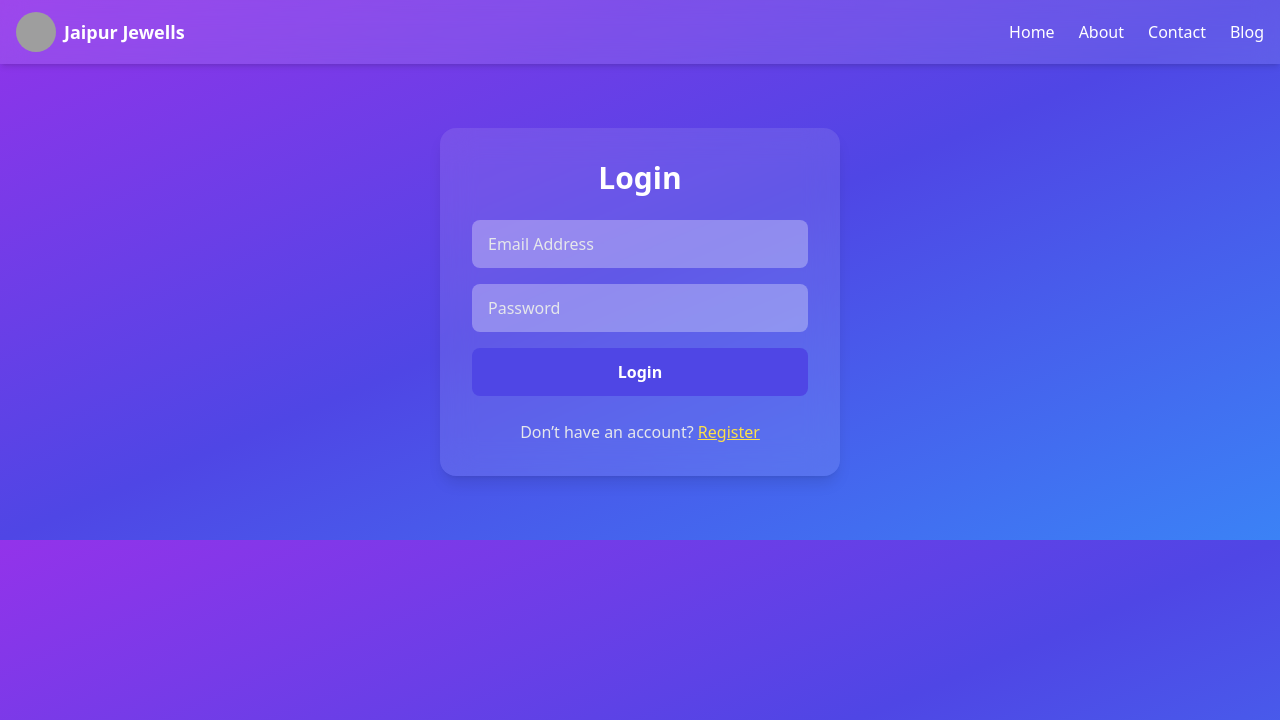
Repository: aayushtailor/VendorConnect
Page: login.html
The author's editor kept a copy of each file at every save. The page is drawn from the files as they stood at one save, then again after the next save.
The browser window is 1280 px wide. The pictures show the whole page.
Pictures or frames that could not be fetched are drawn as grey boxes. Some web libraries are served in a nearby version.

Above is the page before, as saved 2025-09-20 13:21:10.

After the next save:
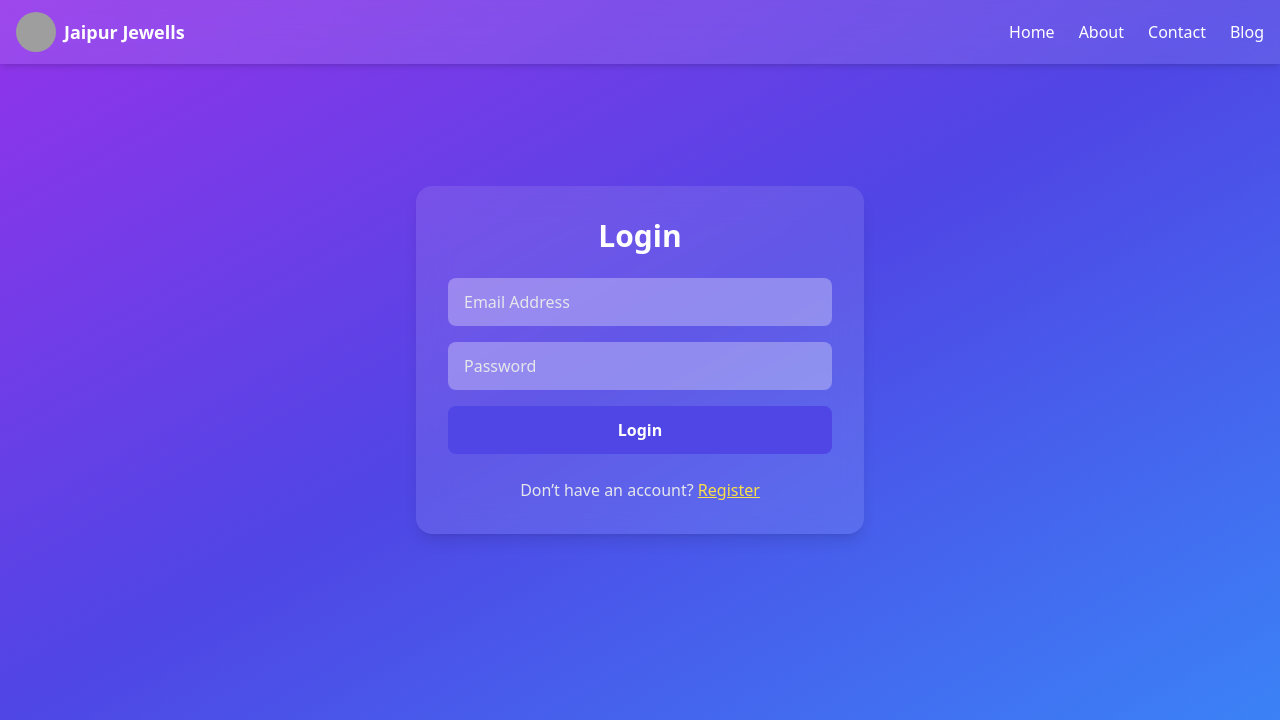
Saved 1 s later.
--- a/login.html
+++ b/login.html
@@ -7,7 +7,7 @@
   <script src="https://cdn.tailwindcss.com"></script>
   <link href="https://unpkg.com/aos@2.3.1/dist/aos.css" rel="stylesheet">
 </head>
-<body class="bg-gradient-to-br from-purple-600 via-indigo-600 to-blue-500 text-white">
+<body class="min-h-screen flex flex-col bg-gradient-to-br from-purple-600 via-indigo-600 to-blue-500 text-white">
 
   <!-- Navbar -->
   <nav class="fixed top-0 left-0 w-full z-50 bg-white/10 backdrop-blur-md shadow-md">
@@ -25,9 +25,9 @@
     </div>
   </nav>
 
-  <!-- Login Form -->
-  <section class="pt-32 pb-16 px-6 max-w-md mx-auto">
-    <div data-aos="fade-up" class="bg-white/10 backdrop-blur-lg rounded-2xl p-8 shadow-lg">
+  <!-- Login Form Centered -->
+  <main class="flex-grow flex items-center justify-center px-6">
+    <div data-aos="fade-up" class="bg-white/10 backdrop-blur-lg rounded-2xl p-8 shadow-lg w-full max-w-md">
       <h1 class="text-3xl font-bold mb-6 text-center">Login</h1>
       <form class="space-y-4">
         <input type="email" placeholder="Email Address" class="w-full px-4 py-3 rounded-lg bg-white/30 text-white placeholder-gray-200 focus:outline-none focus:ring-2 focus:ring-indigo-400 transition">
@@ -36,7 +36,7 @@
       </form>
       <p class="mt-6 text-center text-gray-200">Don’t have an account? <a href="register.html" class="text-yellow-300 underline">Register</a></p>
     </div>
-  </section>
+  </main>
 
   <!-- JS -->
   <script src="https://unpkg.com/aos@2.3.1/dist/aos.js"></script>
